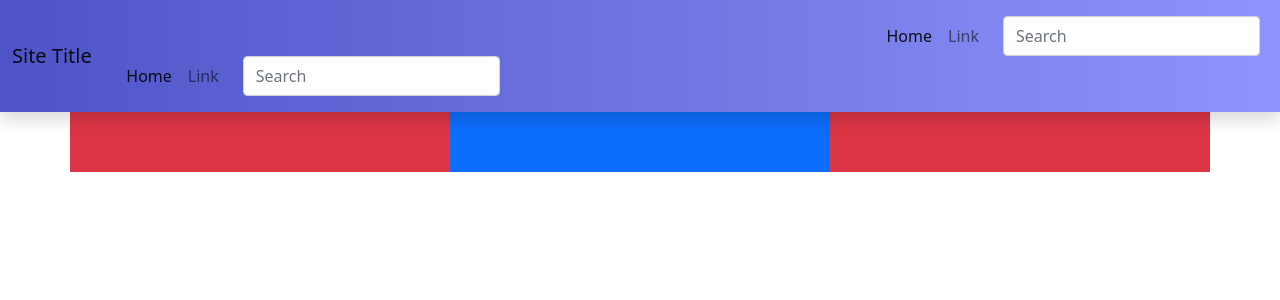
Repository: ttranhhoang/layoutBS
Page: layoutBS1/index.html
The author's editor kept a copy of each file at every save. The page is drawn from the files as they stood at one save, then again after the next save.
The browser window is 1280 px wide. The pictures show the whole page.

Above is the page before, as saved 2022-04-24 17:57:41.

After the next save:
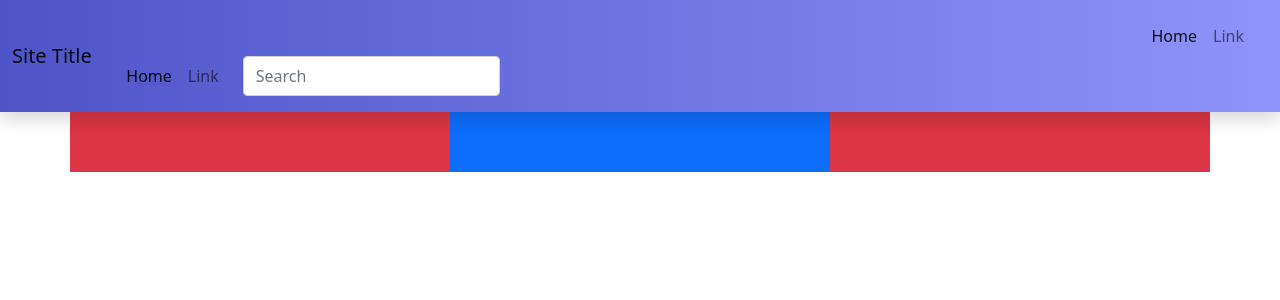
Saved 2 min 38 s later.
--- a/layoutBS1/index.html
+++ b/layoutBS1/index.html
@@ -57,14 +57,6 @@
                   <a class="nav-link" href="#">Link</a>
                 </li>
               </ul>
-              <form class="d-flex">
-                <input
-                  class="form-control me-2"
-                  type="search"
-                  placeholder="Search"
-                  aria-label="Search"
-                />
-              </form>
             </div>
 
 
